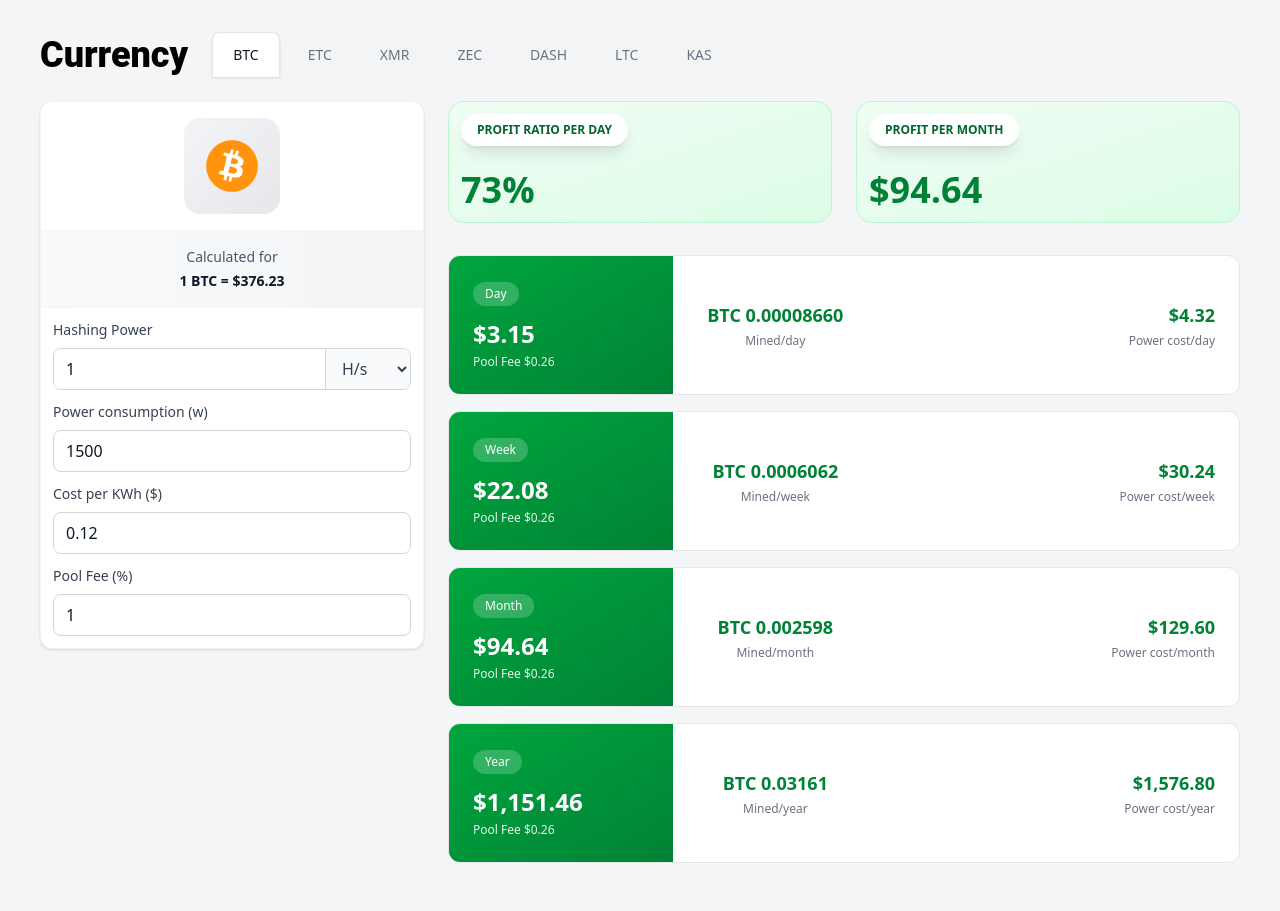
Repository: Bilal-Ahmad-CodeMaster/crypto-proj
Page: /
The author's editor kept a copy of each file at every save. The page is drawn from the files as they stood at one save, then again after a run of saves.
The browser window is 1280 px wide. The pictures show the whole page.
The project was rebuilt for these pictures with package versions that can differ from the ones it lists, and the page was loaded fresh each time. The framework's server and built-in components were replaced by stand-ins that run in the browser. Also part of the build but not shown: next.config.ts.

Above is the page before, as saved 2025-11-25 22:21:58.

After the next 11 saves:
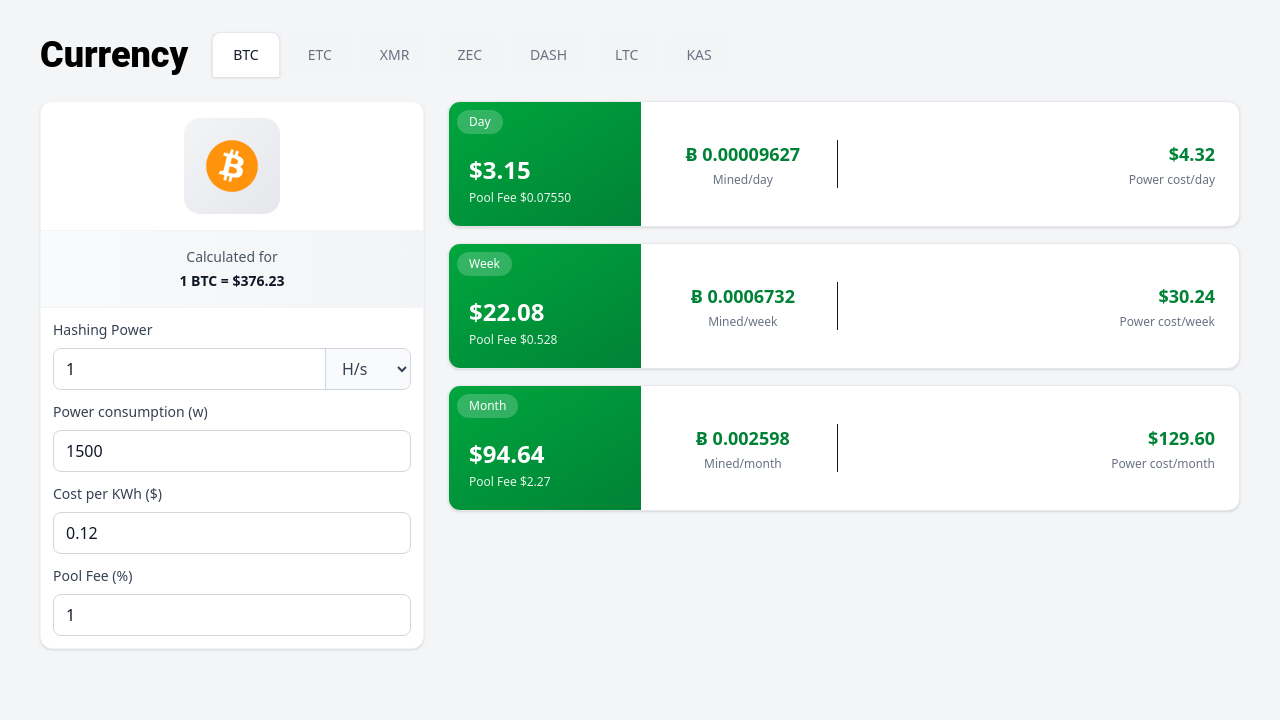
The 11 saves are shown as one change because 4 did not build or start and some came seconds apart.
The last was saved 75 s later.
--- a/src/app/page.tsx
+++ b/src/app/page.tsx
@@ -3,6 +3,7 @@
 import Tabs from './components/Tabs'
 import HashingForm from './components/HashingForm'
 import ResultCards from './components/ResultCards'
+import StatRow from './components/ResultCards'
 
 
 const currencies = [
@@ -40,7 +41,36 @@
 
 
           <div className="lg:col-span-2">
-            <ResultCards active={active} />
+            <StatRow
+              title="Day"
+              money="$3.15"
+              poolFee="$0.07550"
+              mined="Ƀ 0.00009627"
+              minedLabel="Mined/day"
+              powerCost="$4.32"
+              positive={true}
+            />
+
+            <StatRow
+              title="Week"
+              money="$22.08"
+              poolFee="$0.528"
+              mined="Ƀ 0.0006732"
+              minedLabel="Mined/week"
+              powerCost="$30.24"
+              positive={true}
+            />
+
+            <StatRow
+              title="Month"
+              money="$94.64"
+              poolFee="$2.27"
+              mined="Ƀ 0.002598"
+              minedLabel="Mined/month"
+              powerCost="$129.60"
+              positive={true}
+            />
+
           </div>
         </div>
       </div>
--- a/src/app/components/ResultCards.tsx
+++ b/src/app/components/ResultCards.tsx
@@ -4,65 +4,66 @@
 interface StatRowProps {
     title: string;
     money: string;
+    poolFee: string;
     mined: string;
+    minedLabel: string;
     powerCost: string;
     positive?: boolean;
 }
 
-function StatRow({ title, money, mined, powerCost, positive = true }: StatRowProps) {
+export default function StatRow({
+    title,
+    money,
+    poolFee,
+    mined,
+    minedLabel,
+    powerCost,
+    positive = true
+}: StatRowProps) {
     return (
-        <div className="mb-4 rounded-xl overflow-hidden flex border border-gray-200 bg-white hover:shadow-md transition-shadow">
-            <div className={`w-56 p-6 text-white ${positive ? 'bg-linear-to-br from-green-600 to-green-700' : 'bg-linear-to-br from-red-500 to-red-600'}`}>
-                <div className="text-xs font-medium bg-white/20 inline-block px-3 py-1 rounded-full mb-3">{title}</div>
-                <div className="text-2xl font-bold mb-1">{money}</div>
-                <div className="text-xs opacity-90">Pool Fee $0.26</div>
+        <div className="mb-4 rounded-xl overflow-hidden flex bg-white border border-gray-200 shadow-sm hover:shadow-md transition-all">
+
+            {/* LEFT colored block */}
+            <div
+                className={`w-48 p-5 text-white relative
+                ${positive
+                        ? 'bg-gradient-to-br from-green-600 to-green-700'
+                        : 'bg-gradient-to-br from-red-500 to-red-600'
+                    }`}
+            >
+                {/* Corner label */}
+                <span className="absolute top-2 left-2 bg-white/20 text-xs px-3 py-1 rounded-full">
+                    {title}
+                </span>
+
+                {/* Money */}
+                <div className="mt-8 text-2xl font-bold">{money}</div>
+
+                {/* Pool fee */}
+                <div className="text-xs opacity-90 mt-1">Pool Fee {poolFee}</div>
             </div>
 
-            <div className="flex-1 p-6 grid grid-cols-3 items-center gap-6">
-                <div className="text-center">
-                    <div className={`text-lg font-semibold ${positive ? 'text-green-700' : 'text-red-600'}`}>{mined}</div>
-                    <div className="text-xs text-gray-500 mt-1">Mined/{title.toLowerCase()}</div>
+            {/* RIGHT Content */}
+            <div className="flex-1 grid grid-cols-3 items-center px-6 py-4 gap-4">
+
+                {/* Mined */}
+                <div className="text-center border-r pr-4">
+                    <div className={`text-lg font-semibold
+                        ${positive ? 'text-green-700' : 'text-red-600'}`}>
+                        {mined}
+                    </div>
+                    <div className="text-xs text-gray-500 mt-1">{minedLabel}</div>
                 </div>
-                <div className="text-right col-span-2">
-                    <div className={`text-lg font-semibold ${positive ? 'text-green-700' : 'text-red-600'}`}>{powerCost}</div>
+
+                {/* Power cost */}
+                <div className="col-span-2 text-right">
+                    <div className={`text-lg font-semibold
+                        ${positive ? 'text-green-700' : 'text-red-600'}`}>
+                        {powerCost}
+                    </div>
                     <div className="text-xs text-gray-500 mt-1">Power cost/{title.toLowerCase()}</div>
                 </div>
             </div>
         </div>
     )
 }
-
-export default function ResultCards({ active }: { active: string }) {
-    const positive = active !== 'etc'
-
-    return (
-        <div>
-            <div className="grid grid-cols-2 gap-6 mb-8">
-                <div className={`rounded-2xl p-3 ${positive ? 'bg-gradient-to-br from-green-50 to-green-100 border border-green-200' : 'bg-gradient-to-br from-red-50 to-red-100 border border-red-200'}`}>
-                    <div className={`text-xs bg-white shadow-lg font-semibold ${positive ? ' text-green-800' : ' text-red-800'} inline-block px-4 py-2 rounded-full`}>
-                        PROFIT RATIO PER DAY
-                    </div>
-                    <div className={`text-4xl font-bold mt-6  ${positive ? 'text-green-700' : 'text-red-700'}`}>
-                        {positive ? '73%' : '-70%'}
-                    </div>
-                </div>
-
-                <div className={`rounded-2xl p-3 ${positive ? 'bg-gradient-to-br from-green-50 to-green-100 border border-green-200' : 'bg-gradient-to-br from-red-50 to-red-100 border border-red-200'}`}>
-                    <div className={`text-xs font-semibold bg-white shadow-lg ${positive ? ' text-green-800' : 'bg-red-200 text-red-800'} inline-block px-4 py-2 rounded-full`}>
-                        PROFIT PER MONTH
-                    </div>
-                    <div className={`text-4xl font-bold mt-6 ${positive ? 'text-green-700' : 'text-red-700'}`}>
-                        {positive ? '$94.64' : '$ -90.66'}
-                    </div>
-                </div>
-            </div>
-
-            <div>
-                <StatRow title="Day" money="$3.15" mined="BTC 0.00008660" powerCost="$4.32" positive={positive} />
-                <StatRow title="Week" money="$22.08" mined="BTC 0.0006062" powerCost="$30.24" positive={positive} />
-                <StatRow title="Month" money="$94.64" mined="BTC 0.002598" powerCost="$129.60" positive={positive} />
-                <StatRow title="Year" money="$1,151.46" mined="BTC 0.03161" powerCost="$1,576.80" positive={positive} />
-            </div>
-        </div>
-    )
-}

After the 2 saves that followed:
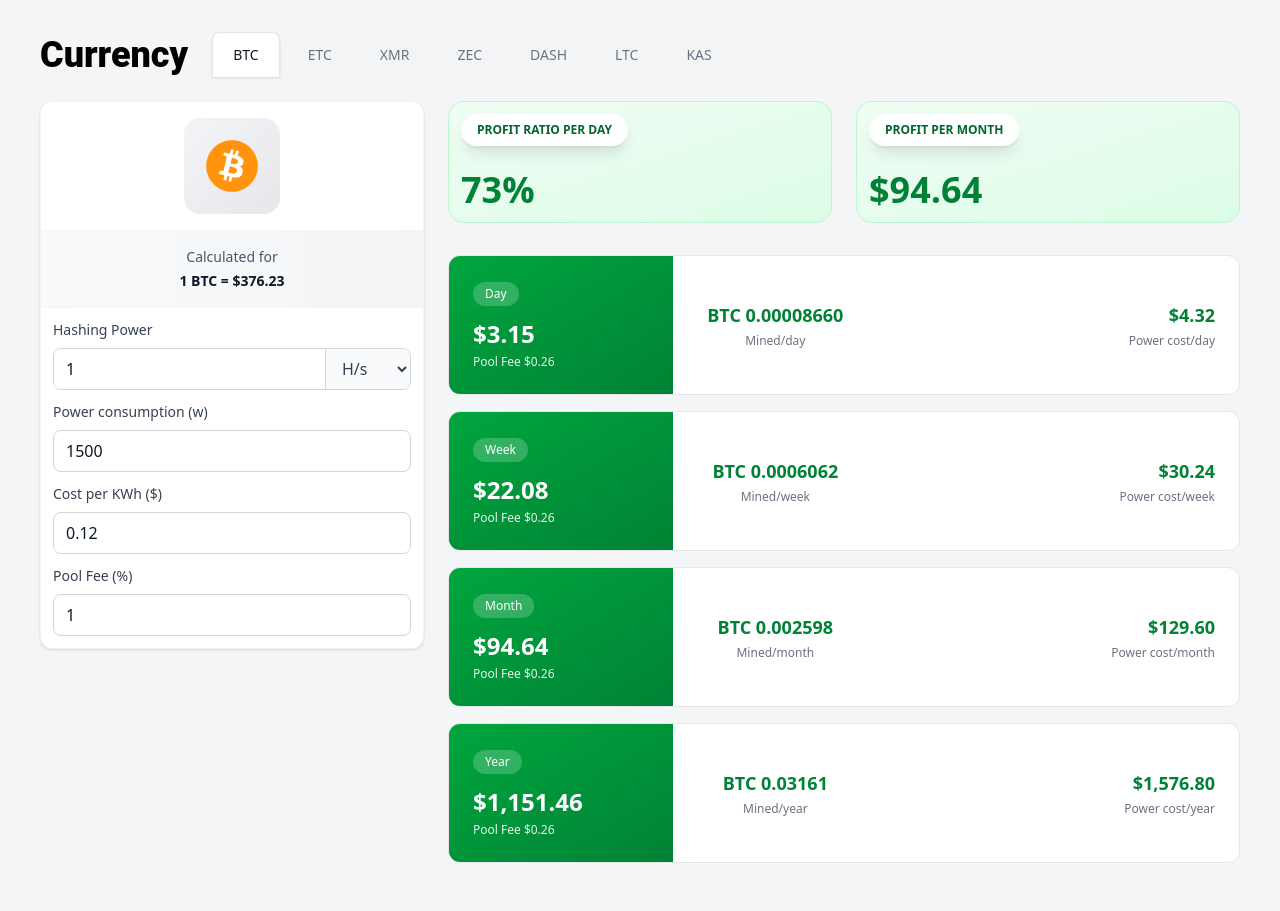
The 2 saves are shown as one change because 1 did not build or start.
The last was saved 34 s later.
--- a/src/app/page.tsx
+++ b/src/app/page.tsx
@@ -3,7 +3,6 @@
 import Tabs from './components/Tabs'
 import HashingForm from './components/HashingForm'
 import ResultCards from './components/ResultCards'
-import StatRow from './components/ResultCards'
 
 
 const currencies = [
@@ -41,36 +40,7 @@
 
 
           <div className="lg:col-span-2">
-            <StatRow
-              title="Day"
-              money="$3.15"
-              poolFee="$0.07550"
-              mined="Ƀ 0.00009627"
-              minedLabel="Mined/day"
-              powerCost="$4.32"
-              positive={true}
-            />
-
-            <StatRow
-              title="Week"
-              money="$22.08"
-              poolFee="$0.528"
-              mined="Ƀ 0.0006732"
-              minedLabel="Mined/week"
-              powerCost="$30.24"
-              positive={true}
-            />
-
-            <StatRow
-              title="Month"
-              money="$94.64"
-              poolFee="$2.27"
-              mined="Ƀ 0.002598"
-              minedLabel="Mined/month"
-              powerCost="$129.60"
-              positive={true}
-            />
-
+            <ResultCards active={active} />
           </div>
         </div>
       </div>
--- a/src/app/components/ResultCards.tsx
+++ b/src/app/components/ResultCards.tsx
@@ -4,66 +4,65 @@
 interface StatRowProps {
     title: string;
     money: string;
-    poolFee: string;
     mined: string;
-    minedLabel: string;
     powerCost: string;
     positive?: boolean;
 }
 
-export default function StatRow({
-    title,
-    money,
-    poolFee,
-    mined,
-    minedLabel,
-    powerCost,
-    positive = true
-}: StatRowProps) {
+function StatRow({ title, money, mined, powerCost, positive = true }: StatRowProps) {
     return (
-        <div className="mb-4 rounded-xl overflow-hidden flex bg-white border border-gray-200 shadow-sm hover:shadow-md transition-all">
-
-            {/* LEFT colored block */}
-            <div
-                className={`w-48 p-5 text-white relative
-                ${positive
-                        ? 'bg-gradient-to-br from-green-600 to-green-700'
-                        : 'bg-gradient-to-br from-red-500 to-red-600'
-                    }`}
-            >
-                {/* Corner label */}
-                <span className="absolute top-2 left-2 bg-white/20 text-xs px-3 py-1 rounded-full">
-                    {title}
-                </span>
-
-                {/* Money */}
-                <div className="mt-8 text-2xl font-bold">{money}</div>
-
-                {/* Pool fee */}
-                <div className="text-xs opacity-90 mt-1">Pool Fee {poolFee}</div>
+        <div className="mb-4 rounded-xl overflow-hidden flex border border-gray-200 bg-white hover:shadow-md transition-shadow">
+            <div className={`w-56 p-6 text-white ${positive ? 'bg-linear-to-br from-green-600 to-green-700' : 'bg-linear-to-br from-red-500 to-red-600'}`}>
+                <div className="text-xs font-medium bg-white/20 inline-block px-3 py-1 rounded-full mb-3">{title}</div>
+                <div className="text-2xl font-bold mb-1">{money}</div>
+                <div className="text-xs opacity-90">Pool Fee $0.26</div>
             </div>
 
-            {/* RIGHT Content */}
-            <div className="flex-1 grid grid-cols-3 items-center px-6 py-4 gap-4">
-
-                {/* Mined */}
-                <div className="text-center border-r pr-4">
-                    <div className={`text-lg font-semibold
-                        ${positive ? 'text-green-700' : 'text-red-600'}`}>
-                        {mined}
-                    </div>
-                    <div className="text-xs text-gray-500 mt-1">{minedLabel}</div>
+            <div className="flex-1 p-6 grid grid-cols-3 items-center gap-6">
+                <div className="text-center">
+                    <div className={`text-lg font-semibold ${positive ? 'text-green-700' : 'text-red-600'}`}>{mined}</div>
+                    <div className="text-xs text-gray-500 mt-1">Mined/{title.toLowerCase()}</div>
                 </div>
-
-                {/* Power cost */}
-                <div className="col-span-2 text-right">
-                    <div className={`text-lg font-semibold
-                        ${positive ? 'text-green-700' : 'text-red-600'}`}>
-                        {powerCost}
-                    </div>
+                <div className="text-right col-span-2">
+                    <div className={`text-lg font-semibold ${positive ? 'text-green-700' : 'text-red-600'}`}>{powerCost}</div>
                     <div className="text-xs text-gray-500 mt-1">Power cost/{title.toLowerCase()}</div>
                 </div>
             </div>
         </div>
     )
 }
+
+export default function ResultCards({ active }: { active: string }) {
+    const positive = active !== 'etc'
+
+    return (
+        <div>
+            <div className="grid grid-cols-2 gap-6 mb-8">
+                <div className={`rounded-2xl p-3 ${positive ? 'bg-gradient-to-br from-green-50 to-green-100 border border-green-200' : 'bg-gradient-to-br from-red-50 to-red-100 border border-red-200'}`}>
+                    <div className={`text-xs bg-white shadow-lg font-semibold ${positive ? ' text-green-800' : ' text-red-800'} inline-block px-4 py-2 rounded-full`}>
+                        PROFIT RATIO PER DAY
+                    </div>
+                    <div className={`text-4xl font-bold mt-6  ${positive ? 'text-green-700' : 'text-red-700'}`}>
+                        {positive ? '73%' : '-70%'}
+                    </div>
+                </div>
+
+                <div className={`rounded-2xl p-3 ${positive ? 'bg-gradient-to-br from-green-50 to-green-100 border border-green-200' : 'bg-gradient-to-br from-red-50 to-red-100 border border-red-200'}`}>
+                    <div className={`text-xs font-semibold bg-white shadow-lg ${positive ? ' text-green-800' : 'bg-red-200 text-red-800'} inline-block px-4 py-2 rounded-full`}>
+                        PROFIT PER MONTH
+                    </div>
+                    <div className={`text-4xl font-bold mt-6 ${positive ? 'text-green-700' : 'text-red-700'}`}>
+                        {positive ? '$94.64' : '$ -90.66'}
+                    </div>
+                </div>
+            </div>
+
+            <div>
+                <StatRow title="Day" money="$3.15" mined="BTC 0.00008660" powerCost="$4.32" positive={positive} />
+                <StatRow title="Week" money="$22.08" mined="BTC 0.0006062" powerCost="$30.24" positive={positive} />
+                <StatRow title="Month" money="$94.64" mined="BTC 0.002598" powerCost="$129.60" positive={positive} />
+                <StatRow title="Year" money="$1,151.46" mined="BTC 0.03161" powerCost="$1,576.80" positive={positive} />
+            </div>
+        </div>
+    )
+}
